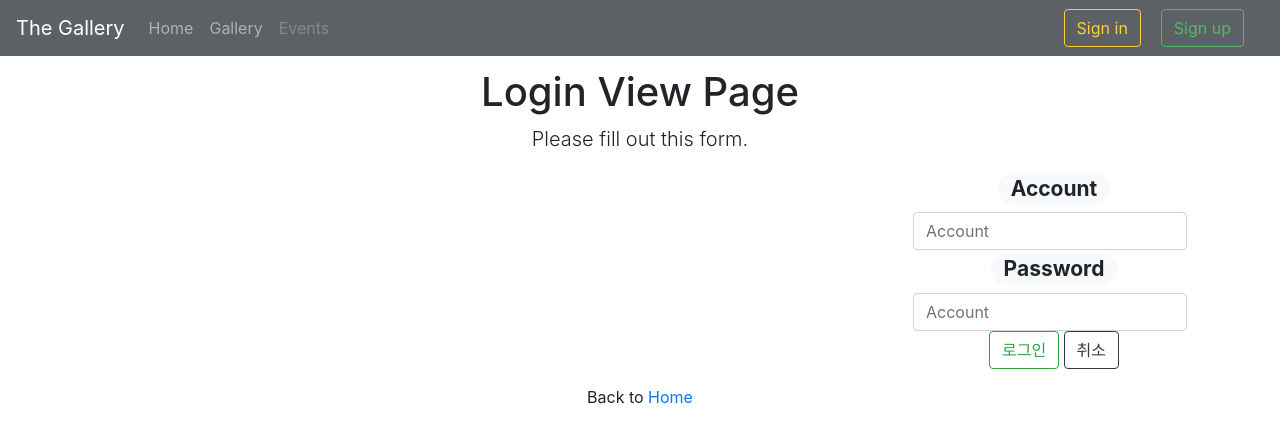
Repository: caramelsyrup/SpringProject1
Page: http://localhost/gallery/WEB-INF/views/customLogin.jsp
These files come from the project's save history. The page is drawn as it stood at one moment and after the next save; the edit follows.
The browser window is 1280 px wide. The pictures show the whole page.
The page is served by Tomcat 9. Nobody is signed in. Other server files are loaded and not shown. The template is opened directly, without the code that normally fills it, so the values that code supplies are empty.

Above is the page before, as saved 2020-11-17 05:47:53.

### gallery/src/main/webapp/WEB-INF/views/customLogin.jsp
<%@ page language="java" contentType="text/html; charset=UTF-8" pageEncoding="UTF-8"%>
<%@ include file="/resources/includes/header.jsp" %>
<title>로그인화면</title>
</head>
<main role="main" class="flex-shrink-1" style="margin-top: 20px">
  <div class="container" align="center">
    <h1 class="mt-5">Login View Page</h1>
    <p class="lead">Please fill out this form.</p>
    <form class="form-inline mt-2 mt-md-0" action="login" method="post" id="loginForm">
    	<ul style="list-style: none; margin-left: auto;">
    		<li>
    			<h3><span class="badge badge-pill badge-light">Account</span></h3>
        		<input class="form-control mr-sm-2" type="text" placeholder="Account" aria-label="Search" name="username" id="username">
    		</li>
    		<li>
    			<h3><span class="badge badge-pill badge-light">Password</span></h3>
	    		<input class="form-control mr-sm-2" type="text" placeholder="Account" aria-label="Search" name="password" id="password">
    		</li>
    		<li>
		        <input class="btn btn-outline-success my-2 my-sm-0" type="button" id="btnLogin" value="로그인">
		        <input class="btn btn-outline-dark my-2 my-sm-0" type="reset" value="취소">
		    </li>
    		<li></li>
    	</ul>
      </form>
   <p>Back to <a href="/">Home</a></p>
  </div>

	<script type="text/javascript" src="/resources/js/login.js"></script>
</main>

</body>
</html>

### gallery/src/main/webapp/resources/includes/header.jsp
<%@ taglib prefix="c" uri="http://java.sun.com/jsp/jstl/core" %>
<!DOCTYPE html>
<html>
<head>
<meta charset="UTF-8">
    <meta charset="utf-8">
    <meta name="viewport" content="width=device-width, initial-scale=1, shrink-to-fit=no">
    <meta name="description" content="">
    <meta name="author" content="Mark Otto, Jacob Thornton, and Bootstrap contributors">
    <meta name="generator" content="Jekyll v4.1.1">
<script src="https://code.jquery.com/jquery-3.5.1.js" integrity="sha256-QWo7LDvxbWT2tbbQ97B53yJnYU3WhH/C8ycbRAkjPDc=" crossorigin="anonymous"></script>
<!-- Latest compiled and minified CSS -->
<link rel="stylesheet" href="https://stackpath.bootstrapcdn.com/bootstrap/4.5.2/css/bootstrap.min.css">
<!-- Latest compiled JavaScript -->
<script src="https://stackpath.bootstrapcdn.com/bootstrap/4.5.2/js/bootstrap.min.js"></script>
</head>
<!-- 최상단 -->
<body class="d-flex flex-column h-100">
    <header>
  <!-- Fixed navbar -->
  <nav class="navbar navbar-expand-md navbar-dark fixed-top bg-dark" style="opacity: 0.8;">
    <a class="navbar-brand" href="/">The Gallery</a>
    <button class="navbar-toggler" type="button" data-toggle="collapse" data-target="#navbarCollapse" aria-controls="navbarCollapse" aria-expanded="false" aria-label="Toggle navigation">
      <span class="navbar-toggler-icon"></span>
    </button>
    <div class="collapse navbar-collapse" id="navbarCollapse">
      <ul class="navbar-nav mr-auto">
        <li class="nav-item">
          <a class="nav-link" href="/">Home <!-- <span class="sr-only">(current)</span> --> </a>
        </li>
        <li class="nav-item">
          <a class="nav-link" href="/gallery/list">Gallery</a>
        </li>
        <c:choose>
	        <c:when test="${member.auth==0||member.auth==1}">
	        	<li class="nav-item">
		          <a class="nav-link" href="/events/elist">Events</a>
		        </li>
	        </c:when>
			<c:otherwise>
				<li class="nav-item">
		          <a class="nav-link disabled" href="/events/elist"  aria-disabled="true">Events</a>
		        </li>
			</c:otherwise>
        </c:choose>

	    <c:if test="${member.auth==0}">
	     <li class="nav-item">
	      <a class="nav-link" href="/member/memberInfo/${member.username}">Info</a>
	     </li>
	    </c:if>
	    <c:if test="${member.auth==1}">
	     <li class="nav-item">
	      <a class="nav-link" href="/member/allmember">All Member</a>
	     </li>
	     <li class="nav-item">
	      <a class="nav-link disabled" href="/member/allReser"  aria-disabled="true">All Reservation</a>
	     </li>
	    </c:if>

      </ul>
       <c:choose>
       	<c:when test="${empty member.username}">
       		<a class="btn btn-outline-warning my-2 my-sm-0" href="/member/createMember" style="margin-right: 20px">Sign in</a>
      		<a class="btn btn-outline-success my-2 my-sm-0" href="/customLogin" style="margin-right: 20px">Sign up</a>
      	</c:when>
      	<c:otherwise>
        	<a class="btn btn-outline-success my-2 my-sm-0" href="/customLogout">Logout</a>
        </c:otherwise>
       </c:choose>
    </div>
  </nav>
</header>

### gallery/src/main/webapp/resources/js/login.js
$(document).ready(function(){


	$("#btnLogin").click(function(){
		var userID = $("#username").val();
		var password = $("#password").val();
		if(userID==""){
			alert('아이디를 입력하세요!');
			$("#username").focus();
			return false;
		}
		if(password==""){
			alert('비밀번호를 입력하세요!');
			$("#password").focus();
			return false;
		}
		// 로그인 판단
		loginDo($("#username").val(),$("#password").val());
	});


});

function loginDo(username,password){
	// 값이 있으면, 해당 컨트롤러에서 처리후 결과 받음
		$.ajax({
			type:"POST",
			url:"/login",
			data:{"username":username,"password":password}
		})
		.done(function(resp){
			if(resp=="go"){
				alert('Welcome!');
				location.href="/";
			}else{
				alert('Pleae check your info');
			}
		})
		.fail(function(e){
			alert("Please Check your Account");
		});
}

After the next save:
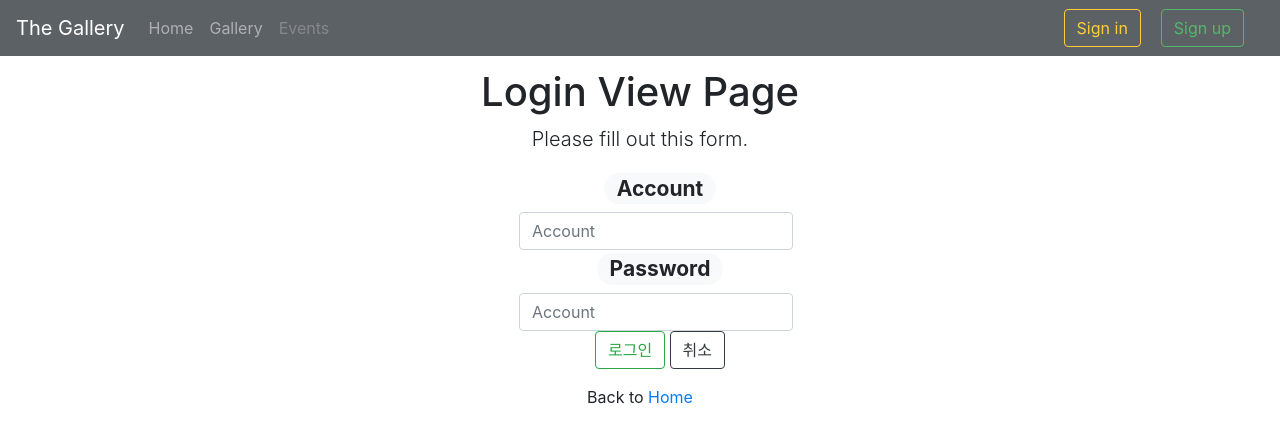
Saved 8 s later.
--- a/gallery/src/main/webapp/WEB-INF/views/customLogin.jsp
+++ b/gallery/src/main/webapp/WEB-INF/views/customLogin.jsp
@@ -7,7 +7,7 @@
     <h1 class="mt-5">Login View Page</h1>
     <p class="lead">Please fill out this form.</p>
     <form class="form-inline mt-2 mt-md-0" action="login" method="post" id="loginForm">
-    	<ul style="list-style: none; margin-left: auto;">
+    	<ul style="list-style: none; margin-left: auto; margin-right: auto;">
     		<li>
     			<h3><span class="badge badge-pill badge-light">Account</span></h3>
         		<input class="form-control mr-sm-2" type="text" placeholder="Account" aria-label="Search" name="username" id="username">
